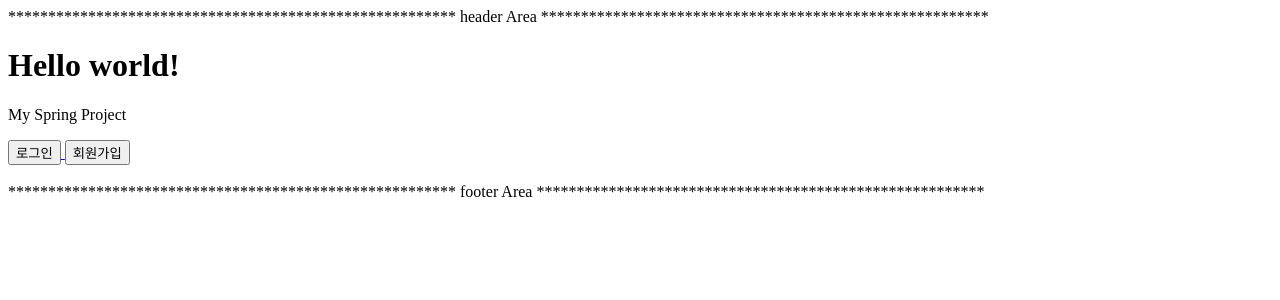
Repository: bbqju13/20230613spring
Page: http://localhost/spring/WEB-INF/views/home.jsp
An editor plug-in stored every save of this project. The page is shown before and after the next save, followed by the edit.
The browser window is 1280 px wide. The pictures show the whole page.
The page is served by Tomcat 9. Nobody is signed in. The template is opened directly, without the code that normally fills it, so the values that code supplies are empty.

Above is the page before, as saved 2023-06-07 03:43:24.

After the next save:
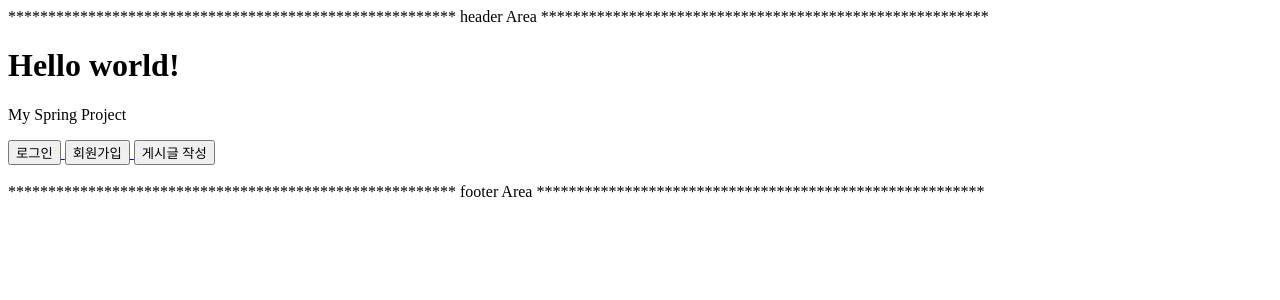
Saved 52 s later.
--- a/_spring_project1/spring/src/main/webapp/WEB-INF/views/home.jsp
+++ b/_spring_project1/spring/src/main/webapp/WEB-INF/views/home.jsp
@@ -23,6 +23,7 @@
 <a href="/member/signup"> <button type="button">회원가입</button> </a>
 
 </c:if>
+<a href="/board/register"> <button type="button">게시글 작성</button> </a>
 
 <c:if test="${ses.id != null}">
 <h1> ${ses.id } WelCome :) </h1>
